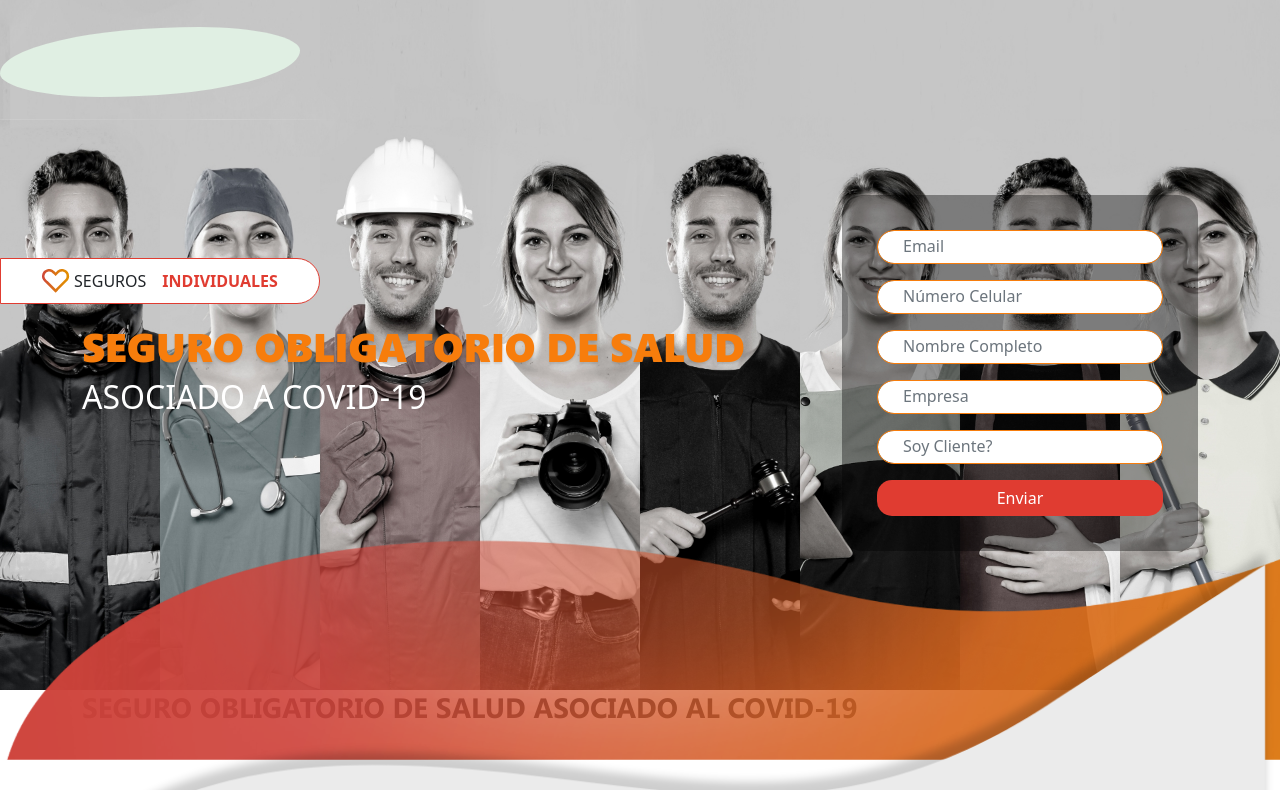
Repository: Darigo30/vidacamara
Page: index.html
The author's editor kept a copy of each file at every save. The page is drawn from the files as they stood at one save, then again after the next save.
The browser window is 1280 px wide. The page is 1280 px wide, then 1285 px, so the pictures cover 1285 px, including what lies to the right of the window. The pictures show the whole page.
Some web fonts or font styles are not loaded; a fallback is used. Some web libraries are served in a nearby version.

Above is the page before, as saved 2021-07-28 22:23:24.
Not found: assets/js/custom.js

### index.html
<!DOCTYPE html>
<html lang="es">
<head>
    <meta charset="UTF-8">
    <link rel= "shortcut icon "type="image/png" href="assets/img/favicon.png">
    <meta name="viewport" content="width=device-width, initial-scale=1.0">
    <link rel="stylesheet" href="css/style.css">
    <title>Vida Cámara</title>
</head>
<body>
    <main>
        <nav class="navbar navb">
            <div class="container">
              <a class="navbar-brand" href="#">
                <img src="/assets/img/logo.png" alt="Logo Vida Camara">
              </a>
            </div>
        </nav>
        <section class="bg-header">
            <div class="seg">
                <img src="assets/img/heart.png">
                <div class="ms-1 text-uppercase">Seguros</div>
                <div class="ms-3 text-uppercase fw-bold"><span>Individuales</span></div>
            </div>
            <div class="container">
                <div class="row cont-form-text">
                    <div class="col-8 d-flex flex-column justify-content-center">
                        <h1>Seguro obligatorio de salud</h1>
                        <h2 class="text-uppercase">Asociado a COVID-19</h2>
                    </div>
                    <div class="col-4">
                        <div class="form">
                            <div class="mb-3">
                                <input type="email" class="form-control rounded-pill br-f" id="exampleFormControlInput1" placeholder="Email">
                            </div>
                            <div class="mb-3">
                                <input type="email" class="form-control rounded-pill br-f" id="exampleFormControlInput1" placeholder="Número Celular">
                            </div>
                            <div class="mb-3">
                                <input type="email" class="form-control rounded-pill br-f" id="exampleFormControlInput1" placeholder="Nombre Completo">
                            </div>
                            <div class="mb-3">
                                <input type="email" class="form-control rounded-pill br-f" id="exampleFormControlInput1" placeholder="Empresa">
                            </div>
                            <div class="mb-3">
                                <input type="email" class="form-control rounded-pill br-f" id="exampleFormControlInput1" placeholder="Soy Cliente?">
                            </div>
                            <button class="btn btn-primary btn-grande">Enviar</button>
                          </div>
                    </div>
                </div>
            </div>
        </section>
        <section class="seguro">
            <div class="container">
                <div class="row">
                    <div class="col-12">
                        <h3>Seguro obligatorio de salud asociado al COVID-19</h3>
                    </div>
                </div>
            </div>
        </section>
    </main>


<link href="https://cdn.jsdelivr.net/npm/bootstrap@5.0.0-beta2/dist/css/bootstrap.min.css" rel="stylesheet" integrity="sha384-BmbxuPwQa2lc/FVzBcNJ7UAyJxM6wuqIj61tLrc4wSX0szH/Ev+nYRRuWlolflfl" crossorigin="anonymous">
<script src="https://cdn.jsdelivr.net/npm/bootstrap@5.0.0-beta2/dist/js/bootstrap.min.js" integrity="sha384-nsg8ua9HAw1y0W1btsyWgBklPnCUAFLuTMS2G72MMONqmOymq585AcH49TLBQObG" crossorigin="anonymous"></script>
<script src="https://cdn.jsdelivr.net/npm/@popperjs/core@2.6.0/dist/umd/popper.min.js" integrity="sha384-KsvD1yqQ1/1+IA7gi3P0tyJcT3vR+NdBTt13hSJ2lnve8agRGXTTyNaBYmCR/Nwi" crossorigin="anonymous"></script>
<script src="https://code.jquery.com/jquery-3.5.1.min.js" integrity="sha256-9/aliU8dGd2tb6OSsuzixeV4y/faTqgFtohetphbbj0=" crossorigin="anonymous"></script>

<!--Mi script-->
<script src="assets/js/custom.js"></script>

</body>
</html>

### css/style.css
:root{
    --body-color: #EBEBEB;
    --color-orange: #F77D0C;
    --color-white: #FFFFFF;
    --color-grey: #606060;
    --color-red: #E03C31;
    --color-par: #5A5B5F;
}
@font-face {
    font-family: 'Segoe UI Regular';
    font-style: normal;
    font-weight: normal;
    src: local('Segoe UI Regular'), url('/assets/fonts/UI.woff') format('woff');
}
@font-face {
    font-family: 'Segoe UI Bold';
    font-style: normal;
    font-weight: normal;
    src: local('Segoe UI Bold'), url('/assets/fonts/Segoe UI Bold.woff') format('woff');
}
@font-face {
    font-family: 'Segoe UI Black';
    font-style: normal;
    font-weight: normal;
    src: local('Segoe UI Black'), url('/assets/fonts/seguibl.woff') format('woff');
}

/*Basics*/

body{
    box-sizing: border-box;
    font-family: 'Segoe UI Regular';
    padding: 0;
    margin: 0;
    font-size: 15px;
    color: var(--color-par);
}
h1, h3{
    font-family: 'Segoe UI Bold';
    text-transform: uppercase;
}
h1{
    font-size: 56px;
    color: var(--color-orange);
    text-shadow: 0px 2px 2px rgba(0, 0, 0, 0.1);
    font-family: 'Segoe UI Black';
}
h2{
    font-size: 41px;
    color: var(--color-white);
}
h3{
    font-size: 40px;
}
h4{
    font-size: 30px;
}
h5{
    font-size: 26px;
}
span{
    color: var(--color-red);
}
/*Header + Banner*/

.navbar.navb {
    position: absolute;
    width: 100%;
    margin-top: 25px;
}
.bg-header{
    background: url(/assets/img/bg-header.jpg) center no-repeat;
    background-size: cover;
    height: 690px;
    display: flex;
    align-items: center;
    position: relative;
}
.form {
    background: #00000061;
    padding: 35px;
    border-radius: 20px;
}
.form-control.br-f {
   border: 1px solid var(--color-orange);
   padding: 3px 25px 5px;
}
.btn.btn-grande{
    background: var(--color-red);
    border: none;
    width: 100%;
    border-radius: 15px;
}
.row.cont-form-text{
    margin-top: 5%;
}
.seg {
    background: white;
    width: 25%;
    position: absolute;
    top: 30%;
    display: flex;
    justify-content: center;
    padding: 10px 10px;
    border-top-right-radius: 25px;
    border-bottom-right-radius: 25px;
    border: 1px solid var(--color-red);
    margin-top: 4%;
}
.bg-header::before{
    content: '';
    background: url(/assets/img/onda.png) bottom no-repeat;
    background-size: auto;
    background-size: auto;
    background-size: 100%;
    position: absolute;
    width: 100%;
    height: 35%;
    z-index: 0;
    bottom: -70px;
}
/*Seccion seguro obligatorio*/

.seguro::before{
    content: '';
    background: url(/assets/img/mascara.png) top right no-repeat;
    background-size: auto;
    background-size: auto;
    background-size: 100%;
    position: absolute;
    width: 100%;
    height: 35%;
    z-index: 0;
    bottom: -70px;
}
.seguro:after {
    content: "";
    display: block;
    position: absolute;
    border-radius: 100% 50%;
    width: 300px;
    height: 70px;
    background-color: #e0efe3;
    left: 0;
    top: 27px;
  }

After the next save:
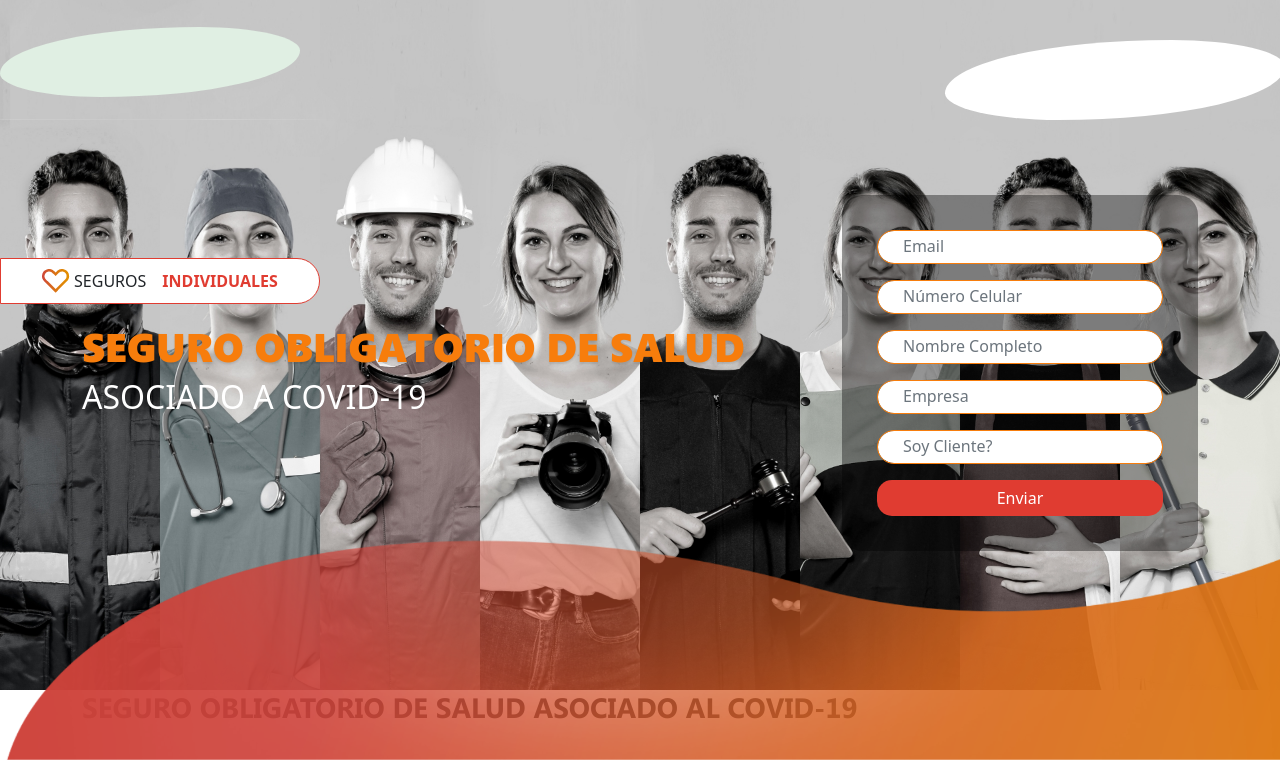
Saved 16 s later.
--- a/css/style.css
+++ b/css/style.css
@@ -122,16 +122,15 @@
 /*Seccion seguro obligatorio*/
 
 .seguro::before{
-    content: '';
-    background: url(/assets/img/mascara.png) top right no-repeat;
-    background-size: auto;
-    background-size: auto;
-    background-size: 100%;
-    position: absolute;
-    width: 100%;
-    height: 35%;
-    z-index: 0;
-    bottom: -70px;
+    content: "";
+  display: block;
+  position: absolute;
+  border-radius: 100% 50%;
+  width: 340px;
+  height: 80px;
+  background-color: white;
+  right: -5px;
+  top: 40px;
 }
 .seguro:after {
     content: "";
